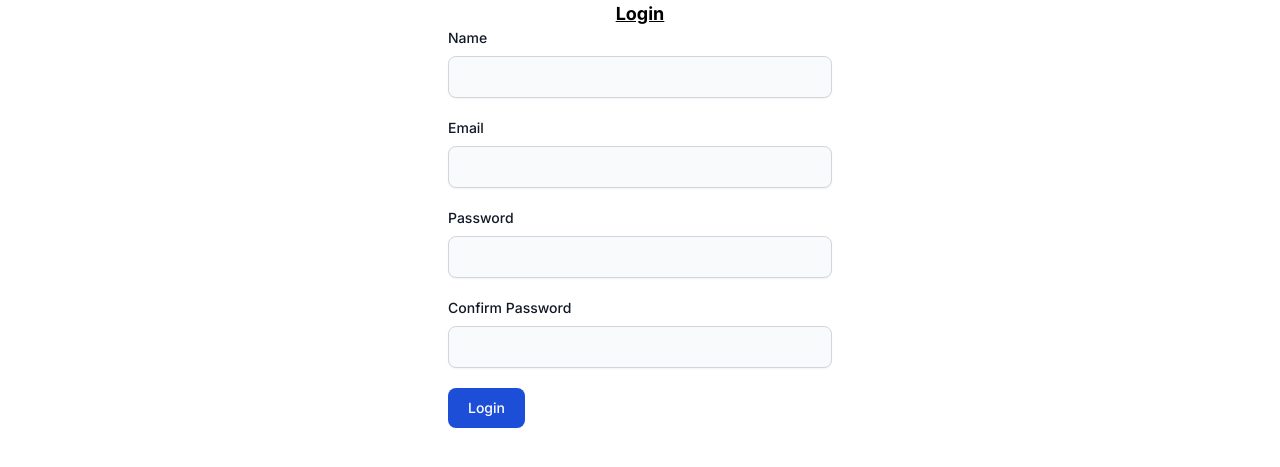
Repository: fatimash2123/next-todo
Page: /login
These files come from the project's save history. The page is drawn as it stood at one moment and after the next save; the edit follows.
The browser window is 1280 px wide. The pictures show the whole page.
The project was rebuilt for these pictures with package versions that can differ from the ones it lists, and the page was loaded fresh each time. The framework's server and built-in components were replaced by stand-ins that run in the browser. Also part of the build but not shown: next.config.mjs.

Above is the page before, as saved 2024-02-13 12:23:12.

### app/login/page.tsx
import Input from "../components/Input";
import Button from "../components/Button";
import MainHeading from "../components/MainHeading";
export default function Register() {
  const register = () => {};

  return (
    <>
      <MainHeading title={"Login"} />
      <form className="max-w-sm mx-auto">
        <Input title={"Name"} type={"text"} name={"name"} />
        <Input title={"Email"} type={"email"} name={"email"} />
        <Input title={"Password"} type={"password"} name={"password"} />
        <Input
          title={"Confirm Password"}
          type={"password"}
          name={"cpassword"}
        />
        <Button title={"Login"} handleOnClick={register} />
      </form>
    </>
  );
}

### app/components/Input.tsx
interface InputProps {
  title: string;
  type: string;
  name: string;
}
export default function ({ title, type, name }: InputProps) {
  return (
    <div className="mb-5">
      <label
        htmlFor={name}
        className="block mb-2 text-sm font-medium text-gray-900 dark:text-white"
      >
        {title}
      </label>
      <input
        type={type}
        id={name}
        className="shadow-sm bg-gray-50 border border-gray-300 text-gray-900 text-sm rounded-lg focus:ring-blue-500 focus:border-blue-500 block w-full p-2.5 dark:bg-gray-700 dark:border-gray-600 dark:placeholder-gray-400 dark:text-white dark:focus:ring-blue-500 dark:focus:border-blue-500 dark:shadow-sm-light"
        required
      />
    </div>
  );
}

### app/components/Button.tsx
import { MouseEventHandler } from "react";

interface ButtonProps {
  title: string;
  handleOnClick: () => any;
}

const Button = ({ title, handleOnClick }: ButtonProps) => {
  return (
    <button
      type="submit"
      className="text-white bg-blue-700 hover:bg-blue-800 focus:ring-4 focus:outline-none focus:ring-blue-300 font-medium rounded-lg text-sm px-5 py-2.5 text-center dark:bg-blue-600 dark:hover:bg-blue-700 dark:focus:ring-blue-800"
      onClick={handleOnClick()}
    >
      {title}
    </button>
  );
};

export default Button;

### app/components/MainHeading.tsx
interface MainHeadingProps {
  title: string;
}

export default function ({ title }: MainHeadingProps) {
  return (
    <h1 className="font-bold text-lg text-center text-3xl underline">
      {title}
    </h1>
  );
}

### tailwind.config.js
/** @type {import('tailwindcss').Config} */
module.exports = {
  content: [
    "./app/**/*.{js,ts,jsx,tsx,mdx}",
    "./components/**/*.{js,ts,jsx,tsx,mdx}",
  ],
  theme: {
    extend: {},
  },
  plugins: [],
}

Loaded but not shown: app/layout.tsx (common file); app/globals.css (common file)

After the next save:
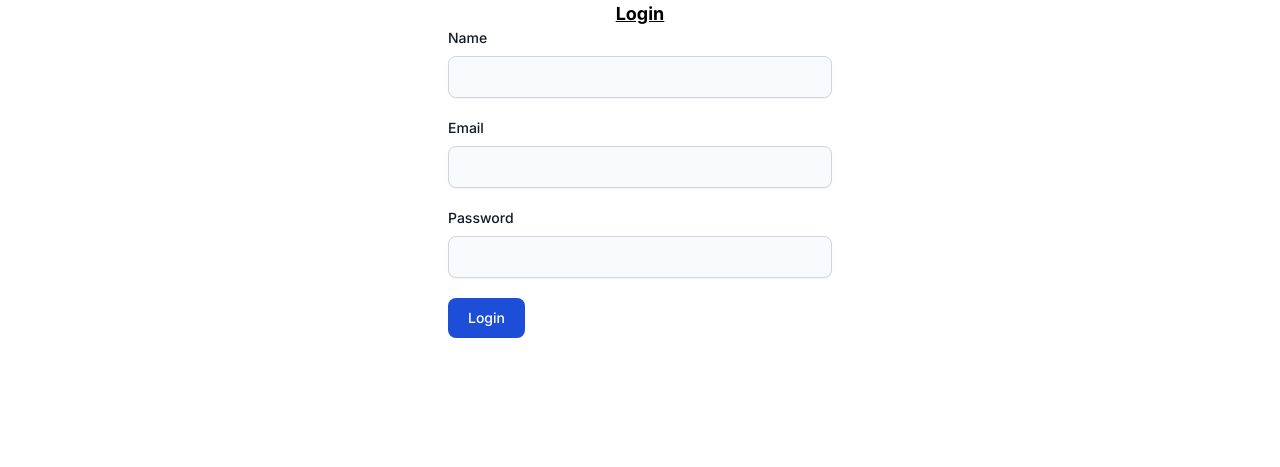
Saved 6 s later.
--- a/app/login/page.tsx
+++ b/app/login/page.tsx
@@ -11,11 +11,6 @@ export default function Register() {
         <Input title={"Name"} type={"text"} name={"name"} />
         <Input title={"Email"} type={"email"} name={"email"} />
         <Input title={"Password"} type={"password"} name={"password"} />
-        <Input
-          title={"Confirm Password"}
-          type={"password"}
-          name={"cpassword"}
-        />
         <Button title={"Login"} handleOnClick={register} />
       </form>
     </>
